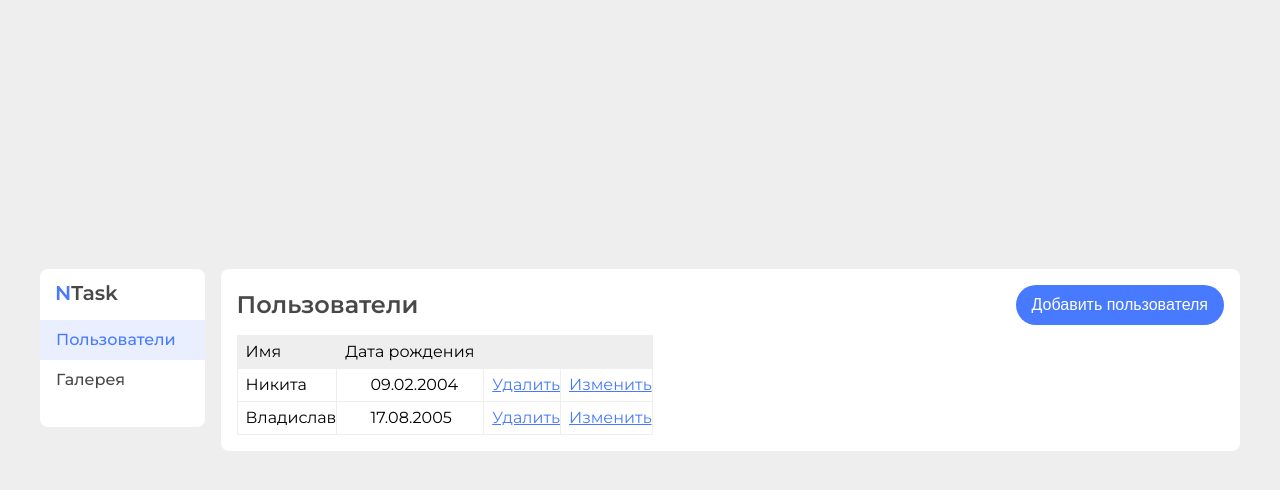
Repository: Grid-Master/NTask
Page: /
An editor plug-in stored every save of this project. The page is shown before and after the next save, followed by the edit.
The browser window is 1280 px wide. The pictures show the whole page.
The project was rebuilt for these pictures with package versions that can differ from the ones it lists, and the page was loaded fresh each time. Also part of the build but not shown: src/components/gallery/gallery.sass, src/components/gallery/Gallery.tsx, src/components/updateUser/updateUser.sass, src/components/updateUser/UpdateUser.tsx.

Above is the page before, as saved 2023-06-09 20:17:32.

### public/index.html
<!DOCTYPE html>
<html lang="en">
  <head>
    <meta charset="utf-8" />
    <link rel="icon" href="%PUBLIC_URL%/favicon.ico" />
    <meta name="viewport" content="width=device-width, initial-scale=1" />
    <meta name="theme-color" content="#000000" />
    <meta name="description" content="Web site created using create-react-app" />
    <link rel="apple-touch-icon" href="%PUBLIC_URL%/logo192.png" />
    <link rel="preconnect" href="https://fonts.googleapis.com" />
    <link rel="preconnect" href="https://fonts.gstatic.com" crossorigin />
    <link
      href="https://fonts.googleapis.com/css2?family=Montserrat:wght@300;400;500;600;700&display=swap"
      rel="stylesheet" />
    <link rel="manifest" href="%PUBLIC_URL%/manifest.json" />
    <title>React App</title>
  </head>
  <body>
    <noscript>You need to enable JavaScript to run this app.</noscript>
    <div id="root"></div>
  </body>
</html>

### src/index.tsx
import React from 'react';
import ReactDOM from 'react-dom/client';
import { Provider } from 'react-redux';
import './index.css';
import App from './App';
import { BrowserRouter } from 'react-router-dom';
import store from './store';

const root = ReactDOM.createRoot(document.getElementById('root') as HTMLElement);
root.render(
  <React.StrictMode>
    <BrowserRouter>
      <Provider store={store}>
        <App />
      </Provider>
    </BrowserRouter>
  </React.StrictMode>,
);

### src/index.css
html, body, div, span, applet, object, iframe,
h1, h2, h3, h4, h5, h6, p, blockquote, pre,
a, abbr, acronym, address, big, cite, code,
del, dfn, em, img, ins, kbd, q, s, samp,
small, strike, strong, sub, sup, tt, var,
b, u, i, center,
dl, dt, dd, ol, ul, li,
fieldset, form, label, legend,
table, caption, tbody, tfoot, thead, tr, th, td,
article, aside, canvas, details, embed,
figure, figcaption, footer, header, hgroup,
menu, nav, output, ruby, section, summary,
time, mark, audio, video {
	margin: 0;
	padding: 0;
	border: 0;
	font-size: 100%;
	font: inherit;
	vertical-align: baseline;
}
/* HTML5 display-role reset for older browsers */
article, aside, details, figcaption, figure,
footer, header, hgroup, menu, nav, section {
	display: block;
}
body {
	line-height: 1;
}
ol, ul {
	list-style: none;
}
blockquote, q {
	quotes: none;
}
blockquote:before, blockquote:after,
q:before, q:after {
	content: '';
	content: none;
}
table {
	border-collapse: collapse;
}
body {
  margin: 0;
  font-family: Montserrat;
  background: #EEEEEE;
;
}
input {
	font-family: Montserrat;
}

#root {
	display: flex;
	align-items: center;
	justify-content: center;
	height: 100vh;
}

code {
  font-family: source-code-pro, Menlo, Monaco, Consolas, 'Courier New',
    monospace;
}

### src/App.tsx
import './App.css';
import { FC, useEffect } from 'react';
import Navbar from './components/navabar/Navbar';
import UserList from './components/userList/UserList';
import { Routes, Route, useNavigate } from 'react-router-dom';
import Gallery from './components/gallery/Gallery';
import UpdateUser from './components/updateUser/UpdateUser';

const App: FC = () => {
  const navigate = useNavigate();
  useEffect(() => {
    navigate('/NTask/users');
  }, []);

  return (
    <div className="App">
      <Navbar />
      <Routes>
        <Route path="/NTask/users" element={<UserList />} />
        <Route path="/NTask/users/:id" element={<UpdateUser />} />
        <Route path="/NTask/gallery" element={<Gallery />} />
        <Route path="*" element={<h1>Error</h1>} />
      </Routes>
    </div>
  );
};

export default App;

### src/store/index.ts
import { configureStore } from '@reduxjs/toolkit';
import usersReducer from './usersSlice';
import galleryReducer from './gallerySlice';

const store = configureStore({
  reducer: { usersReducer, galleryReducer },
});

export default store;

export type RootState = ReturnType<typeof store.getState>;
export type AppDispatch = typeof store.dispatch;

### src/App.css
.App {

  width: 100%;
  display: flex;
  align-items:start;
  gap: 16px;
  max-width: 1200px;
  margin: 0 auto;
}

@media screen and (max-width: 1200px) {
  .App {
    flex-direction: column;
    max-width: 1000px;
  }
}
@media screen and (max-width: 1000px) {
  .App {
    max-width: 600px;
    padding: 16px;
  }
}
@media screen and (max-width: 600px) {
  .App {
    max-width: calc(320px - 32px);
  }
}

### src/components/navabar/Navbar.tsx
import { FC } from 'react';
import './navbar.sass';
import { useNavigate, useLocation } from 'react-router-dom';
const logo = require('../../images/logo.png');

const Navbar: FC = () => {
  const navigate = useNavigate();
  const { pathname } = useLocation();

  return (
    <div className="navbar">
      <div className="navbar__imagecontainer">
        <img src={logo} alt="logo" />
      </div>
      <div
        className={pathname.includes('/users') ? 'navbar__item navbar__active' : 'navbar__item'}
        onClick={() => navigate('/NTask/users')}>
        Пользователи
      </div>
      <div
        className={pathname.includes('/gallery') ? 'navbar__item navbar__active' : 'navbar__item'}
        onClick={() => navigate('/NTask/gallery')}>
        Галерея
      </div>
    </div>
  );
};

export default Navbar;

### src/components/userList/UserList.tsx
import React, { FC } from 'react';
import { useNavigate } from 'react-router-dom';
import './userList.sass';
import { useAppDispatch, useAppSelector } from '../../store/hooks';
import { removeUser } from '../../store/usersSlice';

const UserList: FC = () => {
  const navigate = useNavigate();
  const users = useAppSelector((state) => state.usersReducer.users);
  const dispatch = useAppDispatch();

  const updateHandler = (router: string) => {
    navigate(router);
    window.scrollTo(0, 0);
  };

  const deleteHandler = (id: number) => {
    dispatch(removeUser(id));
  };

  return (
    <div className="userList">
      <div>
        <h1 className="userList__title">Пользователи</h1>
        <button className="userList__addUserBtn" onClick={() => updateHandler('createuser')}>
          Добавить пользователя
        </button>
      </div>
      <div className="table__container">
        <table className="userList__table">
          <tr className="userList__table-info">
            <td>Имя</td>
            <td>Дата рождения</td>
            <td></td>
            <td></td>
          </tr>
          {users.map((user) => (
            <tr key={user.id}>
              <td>{user.name}</td>
              <td>
                &nbsp;&nbsp;&nbsp;&nbsp;&nbsp;&nbsp;{user.date}&nbsp;&nbsp;&nbsp;&nbsp;&nbsp;&nbsp;
              </td>
              <td className="userList__table-btn" onClick={() => deleteHandler(user.id)}>
                Удалить
              </td>
              <td className="userList__table-btn" onClick={() => updateHandler(`${user.id}`)}>
                Изменить
              </td>
            </tr>
          ))}
        </table>
      </div>
    </div>
  );
};

export default UserList;

### src/store/usersSlice.ts
import { createSlice, PayloadAction } from '@reduxjs/toolkit';
import { users } from '../data/users';

export interface IUser {
  id: number;
  name: string;
  date: string;
}

const usersSlice = createSlice({
  name: 'users',
  initialState: {
    users: [...users] as IUser[],
  },
  reducers: {
    addUser(state, action: PayloadAction<IUser>) {
      state.users.push(action.payload);
    },
    updateUser(state, action: PayloadAction<IUser>) {
      let updateUser = state.users.find((user) => user.id === action.payload.id);
      if (updateUser) {
        updateUser.name = action.payload.name;
        updateUser.date = action.payload.date;
      }
      state.users = state.users.map((user) => (user.id === updateUser?.id ? updateUser : user));
    },
    removeUser(state, action: PayloadAction<number>) {
      state.users = state.users.filter((user) => user.id !== action.payload);
    },
  },
});

export const { removeUser, updateUser, addUser } = usersSlice.actions;

export default usersSlice.reducer;

### src/store/gallerySlice.ts
import { createSlice, PayloadAction } from '@reduxjs/toolkit';

export interface IPhoto {
  id: number;
  isSelected: boolean;
  file: any;
}

const gallerySlice = createSlice({
  name: 'users',
  initialState: {
    photos: [] as IPhoto[],
  },
  reducers: {
    addPhoto(state, action: PayloadAction<IPhoto>) {
      state.photos.unshift(action.payload);
    },
    pickPhoto(state, action: PayloadAction<number>) {
      const pickedPhoto = state.photos.findIndex((photo) => photo.id === action.payload);
      console.log(pickedPhoto, 'picked');
      if (pickedPhoto !== -1) {
        state.photos[pickedPhoto] = {
          ...state.photos[pickedPhoto],
          isSelected: !state.photos[pickedPhoto].isSelected,
        };
      }
    },
    removePhotos(state) {
      state.photos = state.photos.filter((photo) => !photo.isSelected);
    },
  },
});

export const { addPhoto, pickPhoto, removePhotos } = gallerySlice.actions;

export default gallerySlice.reducer;

### src/components/navabar/navbar.sass
.navbar
    width: 200px
    height: 158px
    background: #FFFFFF
    border-radius: 8px
    &__imagecontainer
        padding: 16px 0
        margin-left: 16px
    &__item
        padding: 8px 16px
        cursor: pointer
        font-weight: 500
        font-size: 16px
        line-height: 150%
        color: #484848
        transition: .3s
        &:hover
            color: #477AFF

    &__active
        background: #E9EFFF
        color: #477AFF

@media screen and (max-width: 600px)
    .navbar
        width: 288px
        height: 158px

### src/components/userList/userList.sass
.userList
    width: 100%
    background: #FFFFFF
    border-radius: 8px
    padding: 16px
    >div
        display: flex
        align-items: center
        justify-content: space-between
    &__title
        font-weight: 600
        font-size: 24px
        line-height: 150%
        color: #484848
    &__addUserBtn
        font-weight: 500
        font-size: 16px
        line-height: 100%
        color: #FFFFFF
        background: #477AFF
        border-radius: 20px
        padding: 12px 16px
        border: none
        outline: none
        cursor: pointer
        transition: .3s
        &:hover
            opacity: .8
    .table__container
        width: 100%
    &__table
        margin-top: 10px
        // width: 952px
        td
            border: 1px solid #EEEEEE
            // width: 238px
            text-align: start
            padding: 8px 0
            padding-left: 8px
        &-btn
            cursor: pointer
            text-decoration-line: underline
            color: #477AFF
            transition: .2s
            text-align: center !important
            &:hover
                opacity: .8
        tr td:nth-child(2)
            height: 10px
        // tr:first-child td:first-child
        //     border-radius: 8px 0 0 0
        // tr:first-child td:last-child
        //     border-radius: 0 8px 0 0
        // tr:last-child td:first-child
        //     border-radius: 0 0 8px 0
        // tr:last-child td:last-child
        //     border-radius: 0 0 0 8px //??
        &-info
            background-color: #EEEEEE
            border-radius: 8px !important

@media screen and (max-width: 1200px)
    .userList
        width: calc( 100% - 32px )
@media screen and (max-width: 600px)
    .userList
        &__table
            display: block
            overflow-x: scroll
            &::-webkit-scrollbar
                // width: 4px
                scroll-margin-top: 5px
                height: 4px
                border: 1px solid #d5d5d5
            &::-webkit-scrollbar-track
                border-radius: 0
                background: #eeeeee
            &::-webkit-scrollbar-thumb
                border-radius: 0
                background: #b0b0b0
                cursor: pointer
        >div
            flex-direction: column
            align-items: start
        &__title
            margin-bottom: 10px

### src/store/hooks.ts
import { useDispatch, useSelector, TypedUseSelectorHook } from 'react-redux';
import type { RootState, AppDispatch } from '../store';

export const useAppDispatch = () => useDispatch<AppDispatch>();
export const useAppSelector: TypedUseSelectorHook<RootState> = useSelector;

### src/data/users.ts
import { IUser } from '../store/usersSlice';

export const users: IUser[] = [
  {
    id: 1,
    name: 'Никита',
    date: '09.02.2004',
  },
  {
    id: 2,
    name: 'Владислав',
    date: '17.08.2005',
  },
];

After the next save:
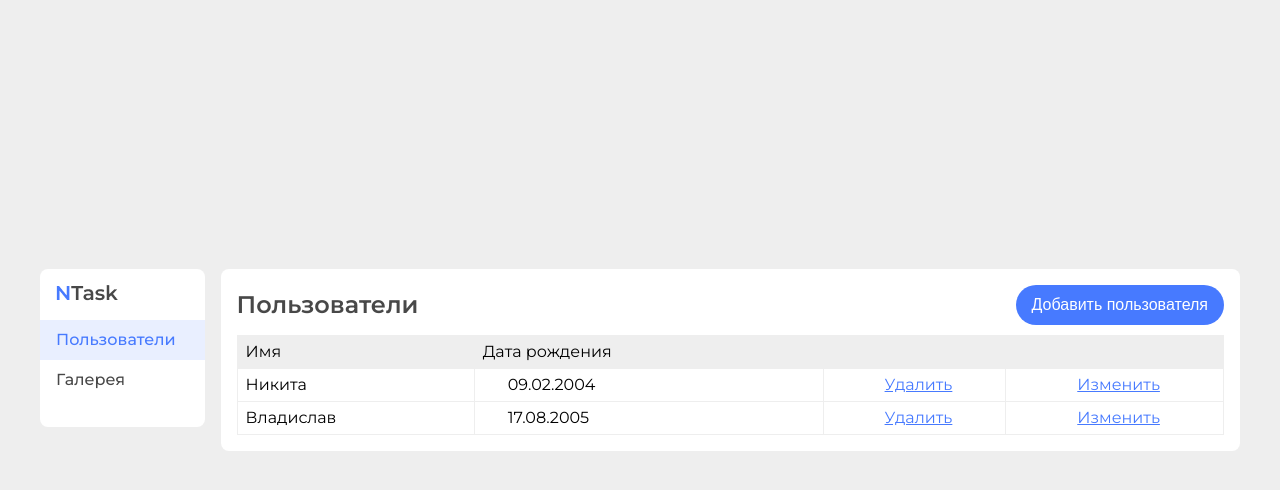
Saved 9 s later.
--- a/src/components/userList/userList.sass
+++ b/src/components/userList/userList.sass
@@ -30,7 +30,7 @@
         width: 100%
     &__table
         margin-top: 10px
-        // width: 952px
+        width: 100%
         td
             border: 1px solid #EEEEEE
             // width: 238px
